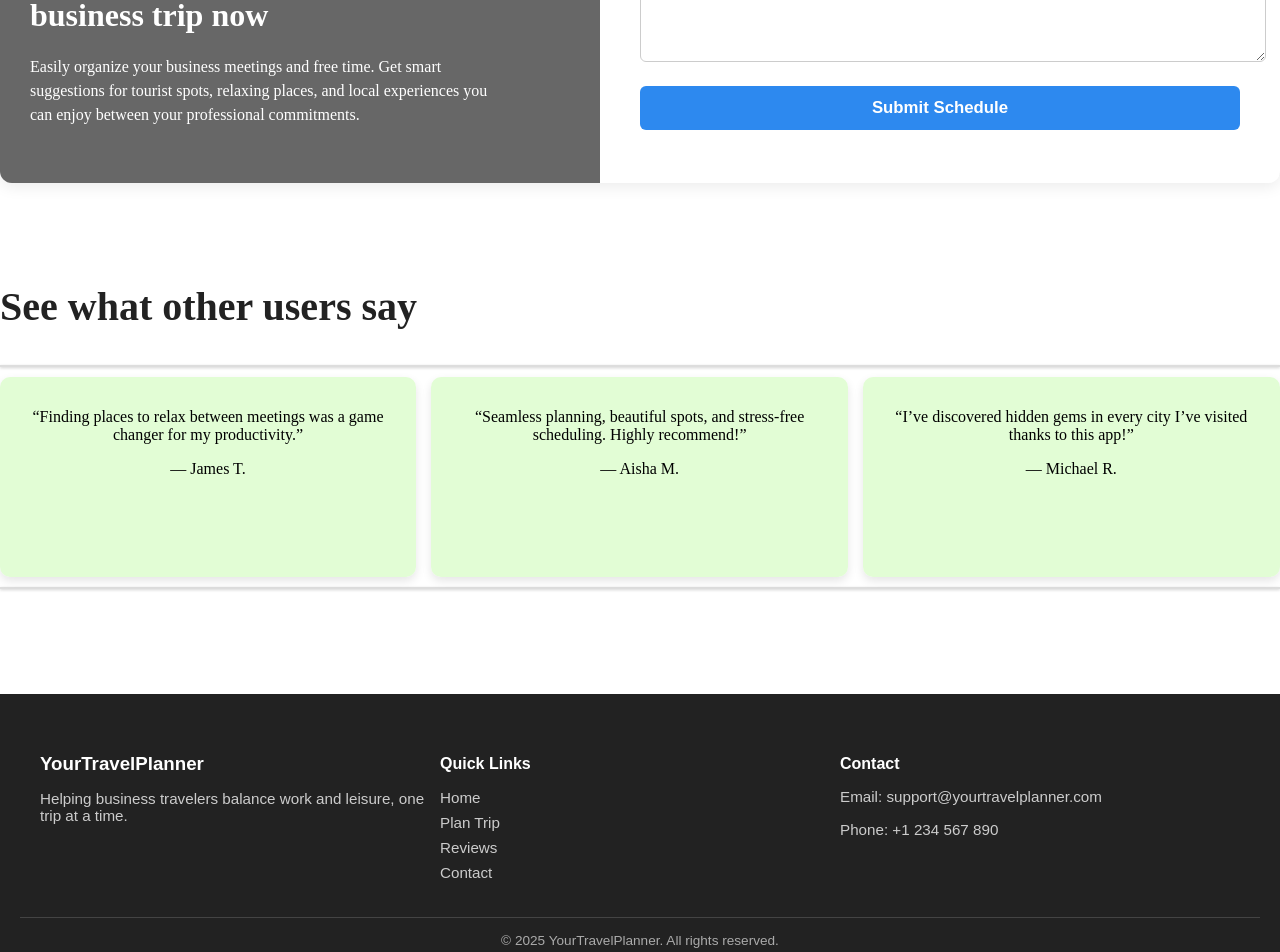
Repository: Nakib-Arman/Javafest25---travL
Page: / (app in Frontend/)
An editor plug-in stored every save of this project. The page is shown before and after the next save, followed by the edit.
The browser window is 1280 px wide. The pictures show the part of the page from y = 1374 to 2326 px (the page is 2342 px tall).
Pictures or frames that could not be fetched are drawn as grey boxes. The project was rebuilt for these pictures with package versions that can differ from the ones it lists, and the page was loaded fresh each time. Also part of the build but not shown: Frontend/vite.config.js, Frontend/src/CSS/AuthForms.css, Frontend/src/Components/AuthForms.jsx, Frontend/src/CSS/SchedulePlanner.css, Frontend/src/Components/SchedulePlanner.jsx.

Above is the page before, as saved 2025-08-24 00:26:05.

### Frontend/src/index.css
html, body {
    height: 100%;
    margin: 0;
    padding: 0;
    position: relative;
}

body {
    /* background-image: url('./assets/background2.jpg'); */
    background-color: white;
    background-position: center;
    background-repeat: no-repeat;
    background-size: cover;
    background-attachment: fixed;
}

### Frontend/src/App.jsx
import { Routes, Route } from "react-router-dom";
import Home from "./Components/Home";
import Login from "./Components/AuthForms";
import SchedulePlanner from "./Components/SchedulePlanner";
import AuthForms from "./Components/AuthForms";

function App() {
  return (
    <Routes>
      <Route path="/" element={<Home />} />
      <Route path="/auth" element={<AuthForms />} />
      <Route path="/schedule-planner" element={<SchedulePlanner />} />
    </Routes>
  );
}

export default App;

### Frontend/src/Components/Home.jsx
import React, { useState, useEffect, useRef } from 'react';
import { useNavigate } from 'react-router-dom';
import '../CSS/Home.css';

import img1 from '../assets/travel1.jpg';
import img2 from '../assets/travel2.jpg';
import img3 from '../assets/travel3.jpg';

import Topbar from './Topbar';
import ScheduleForm from './ScheduleForm';
import Reviews from './Reviews';
import Footer from './Footer';

export default function Home() {
  const navigate = useNavigate();
  const images = [img1, img2, img3];
  const [currentIndex, setCurrentIndex] = useState(0);
  const [isSidebarOpen, setIsSidebarOpen] = useState(false);
  const planFormRef = useRef(null);
  const reviewRef = useRef(null);



  const toggleSidebar = () => {
    if (isSidebarOpen) {
      setIsSidebarOpen(false);
    }
    else {
      setIsSidebarOpen(true);
    }
  };

  const scrollToPlanForm = () => {
    planFormRef.current?.scrollIntoView({ behavior: "smooth" });
    toggleSidebar();
  }

  const scrollToReviews = () => {
    reviewRef.current?.scrollIntoView({ behavior: "smooth" });
    toggleSidebar();
  }

  useEffect(() => {
    const timer = setInterval(() => {
      setCurrentIndex(prev => (prev + 1) % images.length);
    }, 8000);
    return () => clearInterval(timer);
  }, [images.length]);



  return (
    <div className="home-container">
      {/* 1. Topbar */}
      <Topbar
        isSidebarOpen={isSidebarOpen}
        toggleSidebar={toggleSidebar}
        onPlanTripClick={scrollToPlanForm}
        onReviewClick={scrollToReviews}
      />
      {isSidebarOpen && (
        <div
          className='overlay'
          onClick={() => setIsSidebarOpen(false)}
        />
      )}

      {/* 2.sliding images */}
      <div className="slideshow-container">
        <div
          className="slide-track"
          style={{ transform: `translateX(-${currentIndex * 100}%)` }}
        >
          {images.map((src, idx) => (
            <img key={idx} src={src} alt={`Slide ${idx}`} className="slide-image" />
          ))}
        </div>

        <div className="overlay-text">
          <div className="overlay-buttons">
            <button className="btn signup-btn" onClick={() => navigate("/auth?mode=signup")}>Sign Up</button>
            <button className="btn login-btn" onClick={() => navigate("/auth?mode=login")}>Log In</button>
          </div>
          <h1>Find your pause, wherever you go</h1>
          <p>Plan your business trips with ease and find the perfect spots to unwind.
            Experience the perfect balance between productivity and relaxation.</p>
        </div>
      </div>

      {/* 3. Planning Form */}
      <div ref={planFormRef}>
        <ScheduleForm/>
      </div>

      {/* 4. Reviews */}
      <div ref={reviewRef}>
        <Reviews/>
      </div>

      {/* 5. Footer  */}
      <Footer/>

    </div>
  );
}

### Frontend/src/CSS/Home.css
/* basic container */
.home-container {
    margin: 0;
    padding: 0;
    height: 100vh;
    width: 100vw;
    position: relative;
    color: black;
}


/* sliding image */
.slideshow-container {
    position: relative;
    margin-top: 100px;
    margin-left: 0px;
    width: 100%;
    height: calc(100% - 250px);
    overflow: hidden;
    background-color: black;
    z-index: 2;
}

.slide-track {
    display: flex;
    transition: transform 0.8s ease-in-out;
    height: 100%;
}

.slide-image {
    min-width: 100%;
    height: 100%;
    object-fit: cover;
    opacity: 0.5;
}


/* text on the sliding image */
.overlay-text {
    position: absolute;
    bottom: 5%;
    left: 5%;
    transform: none;
    text-align: left;
    color: white;
    text-shadow: 2px 2px 6px rgba(0, 0, 0, 0.7);
    z-index: 2;
}

.overlay-text h1 {
    font-size: 3rem;
    margin-bottom: 10px;
}

.overlay-text p {
    font-size: 1.3rem;
}


/* signup and login button */
.overlay-buttons {
    margin-top: 20px;
    display: flex;
    gap: 15px;
}

.btn {
    padding: 12px 24px;
    font-size: 1.1rem;
    border: none;
    border-radius: 30px;
    cursor: pointer;
    font-weight: bold;
    transition: background-color 0.3s ease, transform 0.2s ease;
    width: 200px;
    opacity: 0.8;
    box-shadow: 0 2px 5px rgba(0, 0, 0, 0.2);
}

.signup-btn {
    background-color: #e6e2e2dc;
    color: black;
}

.signup-btn:hover {
    background-color: #e9ebe9;
    color: black;
    transform: scale(1.05);
}

.login-btn {
    background-color: #e6e2e2dc;
    color: black;
}

.login-btn:hover {
    background-color: #e9ebe9;
    transform: scale(1.05);
}

### Frontend/src/Components/Topbar.jsx
// src/components/Topbar.js
import React, { useState } from 'react';
import { Navigate, useNavigate } from 'react-router-dom';
import '../CSS/Topbar.css';
import Sidebar from './Sidebar';

export default function Topbar(props) {
  const navigate = useNavigate();
  return (
    <div>
      <nav className="topbar">

        <div className="left-section">
          <div className="hamburger" onClick={props.toggleSidebar}>
            <span></span>
            <span></span>
            <span></span>
          </div>
          <a href="/" className="logo-link"></a>
        </div>
        <div className="nav-buttons">
          <button onClick={() => navigate("/auth?mode=login")}>Log In</button>
          <button onClick={() => navigate("/auth?mode=signup")}>Sign Up</button>
          <button onClick={() => navigate("/contactus")}>Contact Us</button>
        </div>
      </nav>
      <Sidebar
        sidebarClass={props.isSidebarOpen ? "sidebar" : "sidebar-show"}
        toggleSidebar={props.toggleSidebar}
        onPlanTripClick={props.onPlanTripClick}
        onReviewClick={props.onReviewClick}
      />
    </div>
  );
}

### Frontend/src/Components/Reviews.jsx
import React, { useState, useEffect,useRef } from "react";
import '../CSS/Reviews.css';

export default function Reviews() {

    const reviews = [
        { name: "Sophia L.", text: "This service completely transformed my business trips. I now actually look forward to traveling!" },
        { name: "James T.", text: "Finding places to relax between meetings was a game changer for my productivity." },
        { name: "Aisha M.", text: "Seamless planning, beautiful spots, and stress-free scheduling. Highly recommend!" },
        { name: "Michael R.", text: "I’ve discovered hidden gems in every city I’ve visited thanks to this app!" },
        { name: "Emily W.", text: "Perfect balance between work and relaxation — exactly what I needed." },
        { name: "David K.", text: "No more stress trying to figure out where to go. Everything’s planned perfectly." },
        { name: "Priya S.", text: "It’s like having a local guide and personal assistant rolled into one." },
        { name: "Liam P.", text: "Made my work trips more enjoyable than ever before!" },
        { name: "Hannah G.", text: "Smart recommendations and easy scheduling. Love it!" }
    ];


    const [reviewIndex, setReviewIndex] = useState(0);
    const [cardWidth, setCardWidth] = useState(0);
    const cardRef = useRef(null);



    useEffect(() => {
        const timer = setInterval(() => {
            setReviewIndex(prev => {
                const maxIndex = reviews.length - 3; // max starting index
                return prev < maxIndex ? prev + 1 : 0; // reset to 0 after last slide
            });
        }, 3000);
        return () => clearInterval(timer);
    }, [reviews.length]);


    useEffect(() => {
        if (cardRef.current) {
            setCardWidth(cardRef.current.offsetWidth + 15);
        }
    }, []);

    return (
        <div className="review-section">
            <h2 className="review-title">See what other users say</h2>

            <div className="review-slideshow">
                <div className="review-line top-line"></div>

                <div
                    className="review-track"
                    style={{ transform: `translateX(-${reviewIndex * cardWidth}px)` }}
                >
                    {reviews.map((review, idx) => (
                        <div
                            className="review-card"
                            key={idx}
                            ref={idx === 0 ? cardRef : null}
                        >
                            <p className="review-text">“{review.text}”</p>
                            <span className="review-author">— {review.name}</span>
                        </div>
                    ))}
                </div>

                <div className="review-line bottom-line"></div>
            </div>
        </div>
    );
}

### Frontend/src/Components/Footer.jsx
import React from "react";
import '../CSS/Footer.css';

export default function Footer() {
  return (
    <footer className="footer">
      <div className="footer-container">
        {/* About / Brand */}
        <div className="footer-section">
          <h3>YourTravelPlanner</h3>
          <p>Helping business travelers balance work and leisure, one trip at a time.</p>
        </div>

        {/* Quick Links */}
        <div className="footer-section">
          <h4>Quick Links</h4>
          <ul>
            <li><a href="#home">Home</a></li>
            <li><a href="#schedule">Plan Trip</a></li>
            <li><a href="#reviews">Reviews</a></li>
            <li><a href="#contact">Contact</a></li>
          </ul>
        </div>

        {/* Contact */}
        <div className="footer-section">
          <h4>Contact</h4>
          <p>Email: support@yourtravelplanner.com</p>
          <p>Phone: +1 234 567 890</p>
          <div className="social-icons">
            <a href="#"><i className="fab fa-facebook-f"></i></a>
            <a href="#"><i className="fab fa-twitter"></i></a>
            <a href="#"><i className="fab fa-instagram"></i></a>
          </div>
        </div>
      </div>

      <div className="footer-bottom">
        &copy; {new Date().getFullYear()} YourTravelPlanner. All rights reserved.
      </div>
    </footer>
  );
}

### Frontend/src/CSS/Topbar.css
/* basic container */
.topbar {
  position: fixed;
  top: 0;
  left: 0;
  right: 0;
  height: 100px;
  background-color: hsl(97, 62%, 93%);
  display: flex;
  justify-content: space-between;
  align-items: flex-end;
  padding: 0 20px;
  box-shadow: 0 2px 10px rgba(0, 0, 0, 0.2);
  z-index: 1000;
}

/* Group container for hamburger + logo */
.left-section {
  display: flex;
  align-items: center;
  gap: 15px;
}


/* hamburger icon */
.hamburger {
  display: flex;
  flex-direction: column;
  justify-content: space-between;
  width: 25px;
  height: 18px;
  cursor: pointer;
}

.hamburger span {
  display: block;
  height: 3px;
  background-color: black;
  border-radius: 2px;
}


/* logo */
.logo-link {
  display: inline-block;
  height: 100px;
  width: 180px;
  background-image: url('../assets/Logo1.png');
  background-size: contain;
  background-repeat: no-repeat;
  background-position: center;
}



/* Navigation buttons container */
.nav-buttons {
  display: flex;
  gap: 12px;
}

.nav-buttons button {
  background-color: transparent;
  color: black;
  border: none;
  padding: 8px 16px;
  border-radius: 6px;
  font-size: 14px;
  font-weight: 500;
  cursor: pointer;
  transition: background-color 0.3s ease;
}

.nav-buttons button:hover {
  background-color: #354434;
  color: white;
}

### Frontend/src/Components/Sidebar.jsx
// src/components/Sidebar.js
import React from 'react';
import { Navigate, useNavigate } from 'react-router-dom';
import '../CSS/Sidebar.css';

export default function Sidebar(props) {
  const navigate = useNavigate();
  return (
    <div className={props.sidebarClass}>
      {/* Sidebar Header */}
      <div className="sidebar-header">
        <div className="hamburger" onClick={props.toggleSidebar}>
          <span></span>
          <span></span>
          <span></span>
        </div>
        <a href="/" className="logo-link"></a>
      </div>

      {/* Sidebar Buttons */}
      <div className="sidebar-buttons">
        <button onClick={props.onPlanTripClick}>Plan a Schedule</button>
        <button onClick={props.onReviewClick}>Reviews</button>
        <button onClick={() => navigate("/aboutus")}>About Us</button>
      </div>
    </div>
  );
}

### Frontend/src/CSS/ScheduleForm.css
.schedule-container {
    margin-top: 100px;
}

.schedule-title {
    font-size: 2.5rem;
    font-weight: bold;
    margin-top: 40px;
    margin-bottom: 30px;
    color: #222;
    max-width: 1400px;
    margin-left: auto;
    margin-right: auto;
    text-align: left;
}

.schedule-wrapper {
    display: flex;
    max-width: 1500px;
    height: 800px;
    margin: 40px auto;
    background: #fff;
    border-radius: 12px;
    overflow: hidden;
    box-shadow: 0 4px 15px rgba(0, 0, 0, 0.08);
}

/* LEFT SIDE */
.schedule-left {
    flex: 1;
    position: relative;
    background: #f5f5f5;
    height: 100%;
}

.schedule-left img {
    width: 100%;
    height: 100%;
    object-fit: cover;
}

.schedule-left::after {
    content: "";
    position: absolute;
    top: 0;
    left: 0;
    right: 0;
    bottom: 0;
    background: rgba(0, 0, 0, 0.35);
}

.headline {
    position: absolute;
    bottom: 40px;
    left: 30px;
    color: white;
    max-width: 80%;
    z-index: 1;
}

.headline h2 {
    font-size: 2rem;
    margin-bottom: 10px;
}

.headline p {
    font-size: 1rem;
    line-height: 1.5;
}

/* RIGHT SIDE FORM */
.form-container {
    flex: 1;
    padding: 30px 40px;
    font-family: Arial, sans-serif;
    overflow-y: auto;
    height: 100%;
    background: #fff;

    /* 👇 Added top shadow */
    box-shadow: 0 -6px 12px rgba(0, 0, 0, 0.12);
    border-top-left-radius: 12px;
    border-top-right-radius: 12px;
}

.form-container h2 {
    text-align: center;
    margin-bottom: 25px;
    color: #222;
}

.form-container h3 {
    margin-top: 25px;
    margin-bottom: 10px;
    color: #444;
    border-bottom: 2px solid #f0f0f0;
    padding-bottom: 5px;
}

.meeting-row,
.free-row {
    display: flex;
    flex-wrap: wrap;
    gap: 10px;
    margin-bottom: 10px;
}

.meeting-row input,
.free-row input {
    flex: 1;
    min-width: 120px;
    padding: 10px 12px;
    border: 1px solid #ccc;
    border-radius: 6px;
    font-size: 1rem;
}

.remove-btn {
    background: #ff4d4d;
    color: white;
    border: none;
    border-radius: 6px;
    padding: 4px 10px;
    font-size: 1.2rem;
    cursor: pointer;
    margin-left: 5px;
    align-self: center;
    transition: background-color 0.3s ease;
}

.remove-btn:hover {
    background: #e63939;
}

button[type="button"] {
    background: #f3f3f3;
    color: #333;
    padding: 6px 14px;
    margin-top: 5px;
    border: none;
    border-radius: 6px;
    cursor: pointer;
    font-size: 0.9rem;
    transition: background-color 0.3s ease;
}

button[type="button"]:hover {
    background: #e4e4e4;
}

label {
    display: inline-flex;
    align-items: center;
    margin-right: 15px;
    font-size: 0.95rem;
    cursor: pointer;
}

label input {
    margin-right: 6px;
}

.form-group {
    margin-top: 20px;
}

.form-group label {
    display: block;
    font-weight: 500;
    margin-bottom: 8px;
    color: #444;
}

.form-group textarea {
    width: 100%;
    min-height: 120px;
    padding: 12px;
    border: 1px solid #ccc;
    border-radius: 6px;
    resize: vertical;
    font-size: 1rem;
    font-family: Arial, sans-serif;
}

.form-group textarea:focus {
    outline: none;
    border-color: #2d89ef;
    box-shadow: 0 0 4px rgba(45, 137, 239, 0.4);
}

button[type="submit"] {
    margin-top: 20px;
    width: 100%;
    background: #2d89ef;
    color: white;
    padding: 12px;
    font-size: 1.05rem;
    font-weight: bold;
    border: none;
    border-radius: 6px;
    cursor: pointer;
    transition: background-color 0.3s ease;
}

button[type="submit"]:hover {
    background: #1c6cd3;
}

/* Mobile view */
@media (max-width: 900px) {
    .schedule-wrapper {
        flex-direction: column;
        height: auto;
    }

    .schedule-left {
        height: 250px;
    }

    .form-container {
        height: auto;
        overflow-y: visible;
    }

    .schedule-left h2 {
        font-size: 1.4rem;
    }
}

### Frontend/src/CSS/Reviews.css
/* Reviews */
.review-section {
    margin-top: 100px;
    text-align: center;
}

.review-title {
    font-size: 2.5rem;
    font-weight: bold;
    margin-top: 40px;
    margin-bottom: 30px;
    color: #222;
    max-width: 1400px;
    margin-left: auto;
    margin-right: auto;
    text-align: left;
}

.review-line {
    height: 2px;
    width: 100%;
    background: #ddd;
    box-shadow: 0 1px 3px rgba(0, 0, 0, 0.2);
    margin: 5px 0;
}

.top-line {
    margin-bottom: 10px;
}

.bottom-line {
    margin-top: 10px;
}

.review-slideshow {
    margin-top: 25px;
    overflow: hidden;
    max-width: 1500px;
    margin-left: auto;
    margin-right: auto;
}

.review-track {
    display: flex;
    transition: transform 0.6s ease-in-out;
    gap: 15px;
}

.review-card {
    background: rgba(223, 253, 209, 0.9);
    padding: 15px;
    border-radius: 10px;
    box-shadow: 0 4px 10px rgba(10, 1, 1, 0.1);
    flex: 0 0 calc((100% / 3) - 10px);
    box-sizing: border-box;
    min-height: 200px;
}

### Frontend/src/CSS/Footer.css
.footer {
    margin-top: 100px;
    background-color: #222;
    color: #eee;
    padding: 40px 20px 20px 20px;
    font-family: Arial, sans-serif;
  }

  .footer-container {
    display: flex;
    justify-content: space-between;
    flex-wrap: wrap;
    max-width: 1200px;
    margin: auto;
  }

  .footer-section {
    flex: 1;
    min-width: 200px;
    margin-bottom: 20px;
  }

  .footer-section h3, .footer-section h4 {
    color: #fff;
    margin-bottom: 15px;
  }

  .footer-section p, .footer-section li, .footer-section a {
    font-size: 0.95rem;
    color: #ccc;
    text-decoration: none;
  }

  .footer-section ul {
    list-style: none;
    padding: 0;
  }

  .footer-section li {
    margin-bottom: 8px;
  }

  .footer-section a:hover {
    color: #2d89ef;
  }

  .social-icons a {
    display: inline-block;
    margin-right: 10px;
    color: #ccc;
    font-size: 1.2rem;
    transition: color 0.3s;
  }

  .social-icons a:hover {
    color: #2d89ef;
  }

  .footer-bottom {
    text-align: center;
    padding-top: 15px;
    border-top: 1px solid #444;
    font-size: 0.85rem;
    color: #aaa;
  }

### Frontend/src/CSS/Sidebar.css
/* Sidebar open */
.sidebar {
  position: fixed;
  top: 0;   /* start from very top */
  left: 0;
  width: 240px;
  height: 100vh;
  background-image: url('../assets/background2.jpg');
  background-position: center;
  background-repeat: no-repeat;
  background-size: cover;
  display: flex;
  flex-direction: column;
  z-index: 1050;
  box-shadow: 2px 0 10px rgba(0, 0, 0, 0.15);
  transform: translateX(0);
  transition: transform 0.3s ease;
}

/* Sidebar closed */
.sidebar-show {
  position: fixed;
  top: 0;   /* start from very top */
  left: 0;
  width: 240px;
  height: 100vh;
  background-image: url('../assets/background2.jpg');
  background-position: center;
  background-repeat: no-repeat;
  background-size: cover;
  display: flex;
  flex-direction: column;
  z-index: 1050;
  box-shadow: 2px 0 10px rgba(0, 0, 0, 0.15);
  transform: translateX(-100%);
  transition: transform 0.3s ease;
}

/* Overlay tint inside sidebar */
.sidebar::before,
.sidebar-show::before {
  content: '';
  position: absolute;
  top: 0;
  left: 0;
  right: 0;
  bottom: 0;
  background: rgba(241, 255, 238, 0.9);
  z-index: 1;
  pointer-events: none;
}

/* Sidebar header (hamburger + logo) */
.sidebar-header {
  display: flex;
  align-items: center;
  gap: 15px;
  padding: 40px 15px 20px 15px;
  z-index: 2; /* above overlay */
}

/* Reuse hamburger + logo styles from Topbar */
.hamburger {
  display: flex;
  flex-direction: column;
  justify-content: space-between;
  width: 25px;
  height: 18px;
  cursor: pointer;
  z-index: 2;
}

.hamburger span {
  display: block;
  height: 3px;
  background-color: black;
  border-radius: 2px;
}

.logo-link {
  display: inline-block;
  height: 60px;
  width: 150px;
  background-image: url('../assets/Logo1.png');
  background-size: contain;
  background-repeat: no-repeat;
  background-position: center;
  z-index: 2;
}

/* Sidebar buttons */
.sidebar-buttons {
  display: flex;
  flex-direction: column;
  padding: 10px;
  gap: 10px;
  z-index: 2; /* above overlay */
}

.sidebar-buttons button {
  background-color: transparent;
  color: black;
  border: none;
  padding: 12px;
  text-align: left;
  border-radius: 4px;
  cursor: pointer;
  transition: background-color 0.3s ease;
}

.sidebar-buttons button:hover {
  background-color: #354434;
  color: white;
}

/* Dark background overlay (outside sidebar, for the rest of the page) */
.overlay {
  position: fixed;
  top: 0;
  left: 0;
  width: 100vw;
  height: 100vh;
  background: rgba(0,0,0,0.5); /* darkened */
  z-index: 1000; /* just below sidebar */
}

Loaded but not shown: Frontend/index.html (common file); Frontend/src/main.jsx (common file); Frontend/src/Components/ScheduleForm.jsx (133 lines, source omitted)

After the next save:
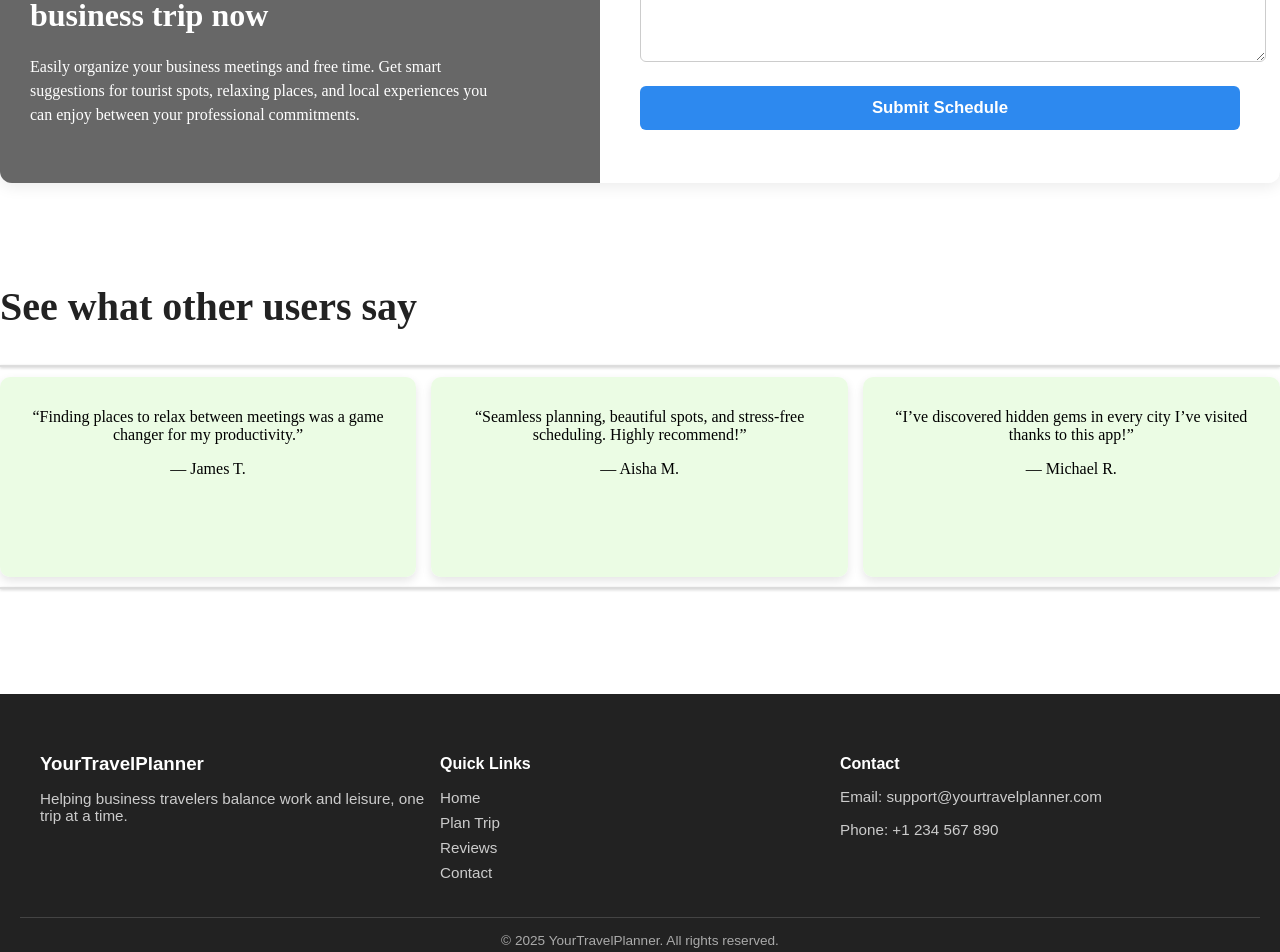
Saved 48 s later.
--- a/Frontend/src/CSS/Reviews.css
+++ b/Frontend/src/CSS/Reviews.css
@@ -47,7 +47,7 @@
 }
 
 .review-card {
-    background: rgba(223, 253, 209, 0.9);
+    background: rgba(233, 252, 225, 0.9);
     padding: 15px;
     border-radius: 10px;
     box-shadow: 0 4px 10px rgba(10, 1, 1, 0.1);
